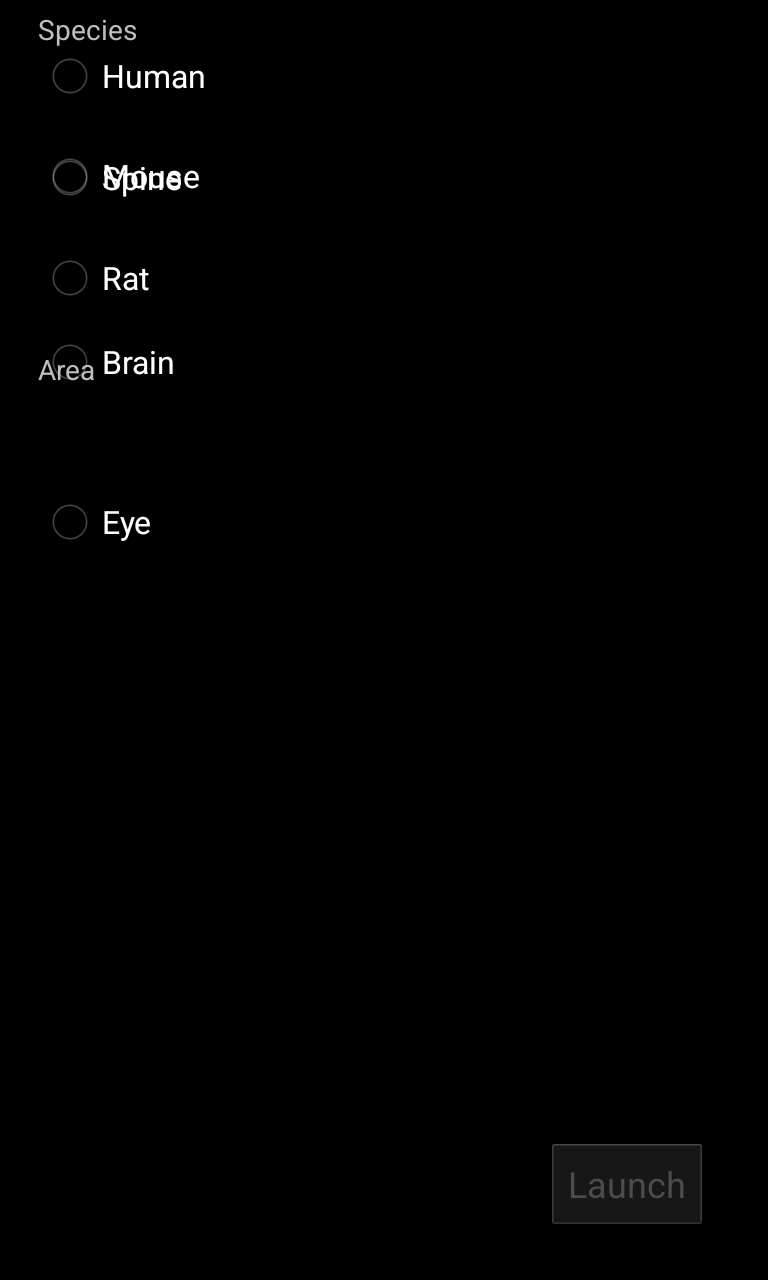
Repository: Ekarg/CSCE315Project3
Layout: Project3/res/layout/activity_main.xml
An editor plug-in stored every save of this project. The layout is shown before and after the next save, followed by the edit.
It is drawn on a 768 x 1280 px phone screen (xhdpi) without system bars, with theme android:Theme.Holo; the app's code is not run.

Above is the layout before, as saved 2013-11-27 19:58:31.

### Project3/res/layout/activity_main.xml
<RelativeLayout xmlns:android="http://schemas.android.com/apk/res/android"
    xmlns:tools="http://schemas.android.com/tools"
    android:layout_width="match_parent"
    android:layout_height="match_parent"
    android:paddingBottom="5dp"
    android:paddingLeft="5dp"
    android:paddingRight="5dp"
    android:paddingTop="5dp"
    tools:context=".MainActivity" >

    <Button
        android:id="@+id/button1"
        android:layout_width="wrap_content"
        android:layout_height="wrap_content"
        android:layout_alignParentBottom="true"
        android:layout_alignParentRight="true"
        android:layout_marginBottom="19dp"
        android:layout_marginRight="24dp"
        android:enabled = "false"
		android:onClick="launch"
        android:text="@string/Button" />

    <TextView
        android:id="@+id/textView1"
        android:layout_width="wrap_content"
        android:layout_height="wrap_content"
        android:layout_marginLeft="14dp"
        android:layout_alignParentTop="true"
        android:text="@string/species" />

   <RadioGroup
        android:id="@+id/radioGroup1"
        android:layout_width="fill_parent"
        android:layout_height="wrap_content"
        android:layout_alignParentTop="true"
        android:layout_centerHorizontal="true"
        android:orientation="vertical" >

        <RadioButton
            android:id="@+id/radioButton1"
            android:layout_width="wrap_content"
            android:layout_height="wrap_content"
            android:layout_marginLeft="14dp"
            android:checked = "false"
            android:layout_marginTop="17dp"
            android:text="@string/human"
            android:onClick="onRadioButtonClicked"/>

        <RadioButton
            android:id="@+id/radioButton2"
            android:layout_width="wrap_content"
            android:layout_height="wrap_content"
            android:layout_marginLeft="14dp"
            android:checked = "false"
            android:layout_marginTop="18dp"
            android:text="@string/mouse"
            android:onClick="onRadioButtonClicked"/>

        <RadioButton
            android:id="@+id/radioButton3"
            android:layout_width="wrap_content"
            android:layout_height="wrap_content"
            android:layout_marginLeft="14dp"
            android:checked = "false"
            android:layout_marginTop="19dp"
            android:text="@string/rat"
            android:onClick="onRadioButtonClicked"/>
    </RadioGroup>

    <TextView
        android:id="@+id/textView2"
        android:layout_width="wrap_content"
        android:layout_height="wrap_content"
        android:layout_alignLeft="@+id/textView1"
        android:layout_below="@+id/radioGroup1"
        android:layout_marginTop="20dp"
        android:text="@string/area"
        android:onClick="onRadioButtonClicked" />

     <RadioGroup
        android:id="@+id/radioGroup2"
        android:layout_width="fill_parent"
        android:layout_height="wrap_content"
        android:checked = "false"
        android:layout_marginTop="21dp"
        android:layout_centerHorizontal="true"
        android:orientation="vertical" >

	    <RadioButton
	        android:id="@+id/radioButton4"
	        android:layout_width="wrap_content"
	        android:layout_height="wrap_content"
	        android:checked = "false"
	        android:layout_marginLeft="14dp"
	        android:layout_marginTop="47dp"
	        android:text="@string/spine"
	        android:onClick="onRadioButtonClicked"/>

	    <RadioButton
	        android:id="@+id/radioButton5"
	        android:layout_width="wrap_content"
	        android:layout_height="wrap_content"
	        android:layout_marginLeft="14dp"
	        android:layout_marginTop="60dp"
	        android:checked="false"
	        android:onClick="onRadioButtonClicked"
	        android:text="@string/brain" />

	     <RadioButton
         android:id="@+id/radioButton6"
         android:layout_width="wrap_content"
         android:layout_height="wrap_content"
         android:checked = "false"
         android:layout_marginLeft="14dp"
         android:layout_marginTop="48dp"
         android:text="@string/eye"
         android:onClick="onRadioButtonClicked" />
	</RadioGroup>



</RelativeLayout>

### Project3/res/values/strings.xml
<?xml version="1.0" encoding="utf-8"?>
<resources>

    <string name="app_name">Show Me the.... Neuron!</string>
    <string name="action_settings">Settings</string>
    <string name="hello_world">Hello world!</string>
    <string name="Button">Launch</string>
    <string name="title_activity_second">Neuron Display</string>
    <string name="species">Species</string>
    <string name="human">Human</string>
    <string name="mouse">Mouse</string>
    <string name="rat">Rat</string>
    <string name="area">Area</string>
    <string name="eye">Eye</string>
    <string name="brain">Brain</string>
    <string name="spine">Spine</string>


</resources>

After the next save:
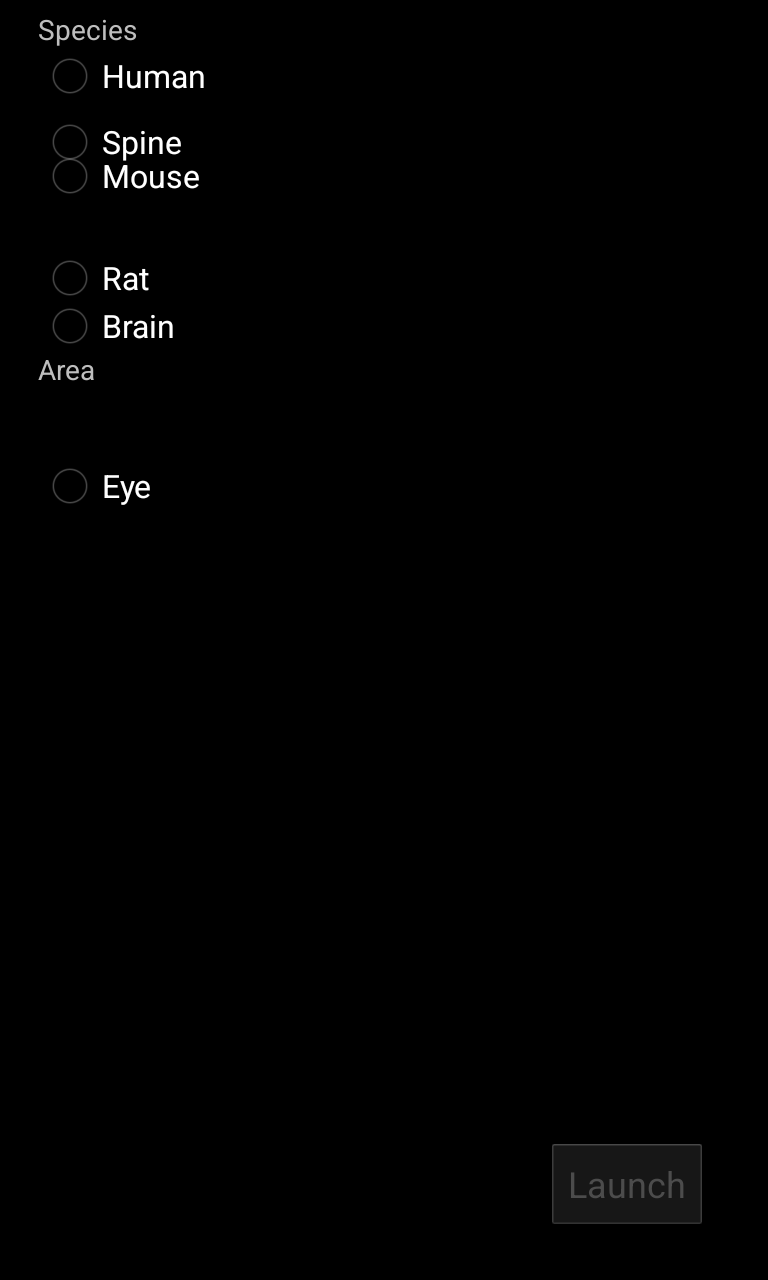
Saved 2 min 55 s later.
--- a/Project3/res/layout/activity_main.xml
+++ b/Project3/res/layout/activity_main.xml
@@ -82,7 +82,7 @@
         android:layout_width="fill_parent"
         android:layout_height="wrap_content"
         android:checked = "false"
-        android:layout_marginTop="21dp"
+        android:layout_alignParentTop="true"
         android:layout_centerHorizontal="true"
         android:orientation="vertical" >
 
@@ -92,7 +92,7 @@
 	        android:layout_height="wrap_content"
 	        android:checked = "false"
 	        android:layout_marginLeft="14dp"
-	        android:layout_marginTop="47dp"
+	        android:layout_marginTop="50dp"
 	        android:text="@string/spine"
 	        android:onClick="onRadioButtonClicked"/>
 
